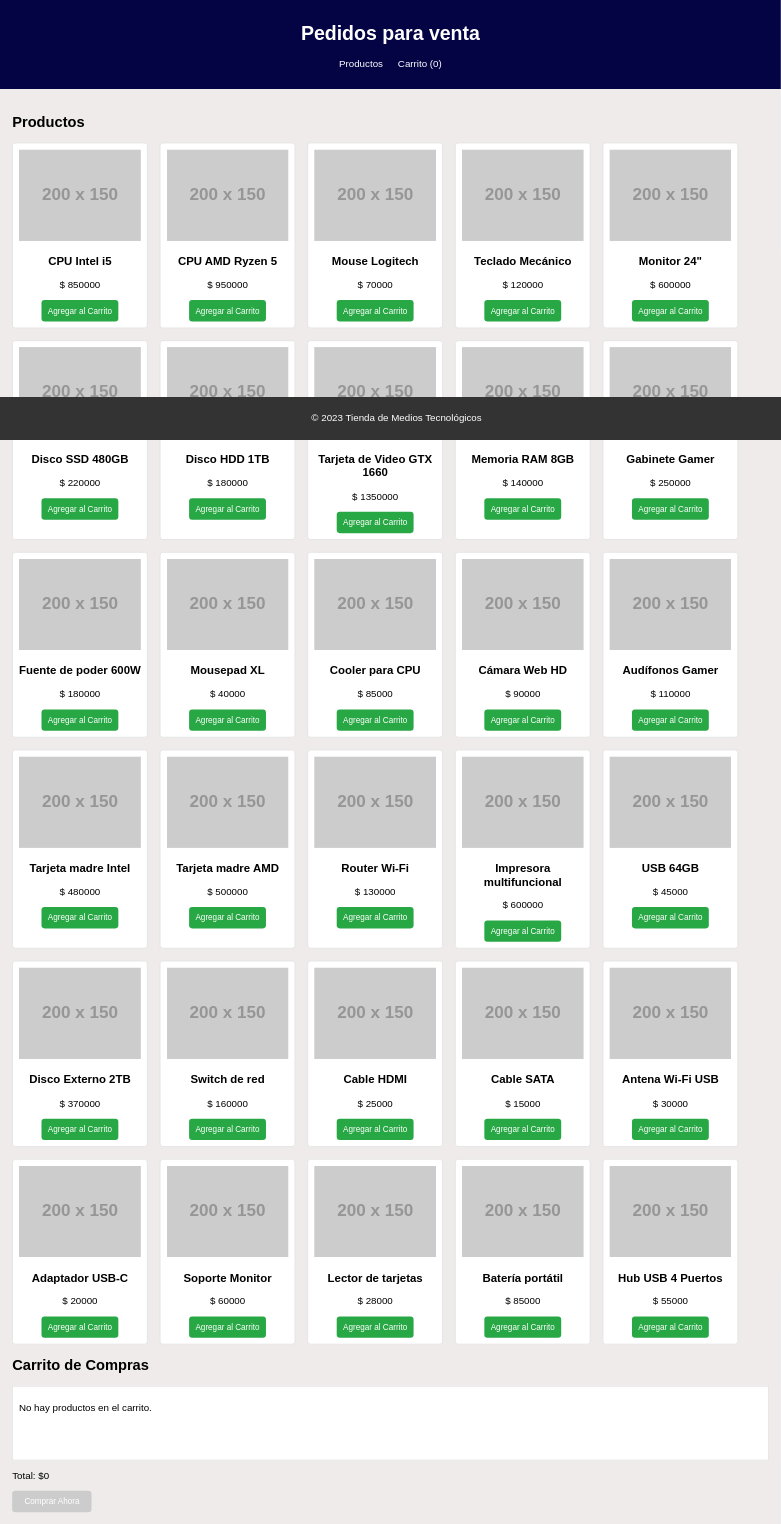
Repository: ye909/RAVPIP
Page: src/templei/ventasPortatil.html
These files come from the project's save history. The page is drawn as it stood at one moment and after the next save; the edit follows.
The browser window is 1280 px wide. The pictures show the whole page, at 61% of full size.

Above is the page before, as saved 2025-04-10 07:40:59.
Console error: ReferenceError: updateCart is not defined

### src/templei/ventasPortatil.html


<!DOCTYPE html>
<html lang="es">
<head>
    <meta charset="UTF-8">
    <meta name="viewport" content="width=device-width, initial-scale=1.0">
    <title>Tienda de Medios Tecnológicos</title>
    <link rel="stylesheet" href="../css/ventas.css">
</head>
<body>
  <header>
    <h1>Pedidos para venta </h1>
    <nav>
      <ul>
        <li><a href="#productos">Productos</a></li>
        <li><a href="#carrito">Carrito (<span id="cart-count">0</span>)</a></li>
      </ul>
    </nav>
  </header>

  <main class="containerCarrito">
    <section id="productos">
      <h2>Productos</h2>
      <div class="product-list" id="product-list">

      </div>
    </section>

    <section id="carrito">
      <h2>Carrito de Compras</h2>
      <div id="cart-items">
        <p>No hay productos en el carrito.</p>
      </div>
      <p>Total: $<span id="cart-total">0</span></p>
      <button id="checkout-btn" disabled>Comprar Ahora</button>
    </section>
  </main>

  <footer>
    <p>&copy; 2023 Tienda de Medios Tecnológicos</p>
  </footer>


    <script src="../js/ventas.js"></script>

</body>
</html>

### src/css/ventas.css




body {
    font-family: Arial, sans-serif;
    margin: 0;
    padding: 0;
    background-color: #f4f4f9;
  }

  header {
    background-color: #040445;
    color: #fff;
    padding: 1rem;
    text-align: center;
  }

  header nav ul {
    list-style: none;
    padding: 0;
  }

  header nav ul li {
    display: inline;
    margin: 0 10px;
  }

  header nav ul li a {
    color: #fff;
    text-decoration: none;
  }

  main {
    padding: 20px;
    background: #efebeb;
  }

  .product-list {
    display: flex;
    flex-wrap: wrap;
    gap: 20px;
  }

  .product {
    background-color: #fff;
    border: 1px solid #ddd;
    border-radius: 5px;
    padding: 10px;
    width: 200px;
    text-align: center;
  }

  .product img {
    max-width: 100%;
    height: auto;
  }

  .add-to-cart {
    background-color: #28a745;
    color: #fff;
    border: none;
    padding: 10px;
    cursor: pointer;
    border-radius: 5px;
  }

  .add-to-cart:hover {
    background-color: #218838;
  }

  #carrito {
    margin-top: 20px;
  }

  #cart-items {
    min-height: 100px;
    border: 1px solid #ddd;
    padding: 10px;
    background-color: #fff;
  }

  #checkout-btn {
    background-color: #007bff;
    color: #fff;
    border: none;
    padding: 10px 20px;
    cursor: pointer;
    border-radius: 5px;
  }

  #checkout-btn:disabled {
    background-color: #ccc;
  }

  footer {
    text-align: center;
    padding: 10px;
    background-color: #333;
    color: #fff;
    position: fixed;
    bottom: 0;
    width: 100%;
  }

### src/js/ventas.js


fetch("../js/datos.json")
  .then(response => response.json())
  .then(data =>{

  data.forEach((item)=>{
    const productlist = document.getElementById("product-list")
    const sudcontainer=document.createElement("div")
    sudcontainer.setAttribute("data-id", item.id); // Suponiendo que el JSON tiene un campo "id"
    sudcontainer.setAttribute("data-name", item.name);
    sudcontainer.setAttribute("data-price", item.price);


    sudcontainer.classList.add("product")
    sudcontainer.innerHTML=`
    <img src="${item.image}" alt="Smartphone X">
   <h3>${item.name} </h3>
   <p>$ ${item.price}</p>
   <button class="add-to-cart">Agregar al Carrito</button>
    `
   productlist.appendChild(sudcontainer)
    console.log(productlist)

  })





  const cart = [];
  let cartTotal = 0;

// Función para actualizar el carrito
 function updateCart() {
   const cartItemsDiv = document.getElementById('cart-items');
   const cartCountSpan = document.getElementById('cart-count');
   const cartTotalSpan = document.getElementById('cart-total');
   const checkoutBtn = document.getElementById('checkout-btn');

  // Limpiar el contenido actual del carrito
   cartItemsDiv.innerHTML = '';

   if (cart.length === 0) {
     cartItemsDiv.innerHTML = '<p>No hay productos en el carrito.</p>';
     checkoutBtn.disabled = true;
   } else {
     cart.forEach(item => {
       const itemDiv = document.createElement('div');
       itemDiv.textContent = `${item.name} - $${item.price}`;
       cartItemsDiv.appendChild(itemDiv);
     });
     checkoutBtn.disabled = false;
   }

   // Actualizar el contador y el total
   cartCountSpan.textContent = cart.length;
   cartTotalSpan.textContent = cartTotal.toFixed(2);
 }

 // Agregar productos al carrito
 document.querySelectorAll('.add-to-cart').forEach(button => {
   button.addEventListener('click', () => {
     const productDiv = button.parentElement;
     const productId = productDiv.dataset.id;
     const productName = productDiv.dataset.name;
     const productPrice = parseFloat(productDiv.dataset.price);

//     // Verificar si el producto ya está en el carrito
     const existingItem = cart.find(item => item.id === productId);
     if (existingItem) {
       existingItem.quantity += 1;
     } else {
       cart.push({ id: productId, name: productName, price: productPrice, quantity: 1 });
     }

     // Actualizar el total
     cartTotal += productPrice;

     // Actualizar la vista del carrito
     updateCart();
   });
 });
} )
 // Inicializar el carrito
 updateCart();


 const containerCarrito = document.querySelectorAll(".containerCarrito").addEventListener("click",verCarrito)
 function verCarrito() {
  alert("a")
 }

### src/js/datos.json

[
  { "id": 1,
  "name": "CPU Intel i5",
   "price": 850000,
   "image": "https://via.placeholder.com/200x150?text=CPU+Intel+i5" },
  { "id": 2, "name": "CPU AMD Ryzen 5", "price": 950000, "image": "https://via.placeholder.com/200x150?text=Ryzen+5" },
  { "id": 3, "name": "Mouse Logitech", "price": 70000, "image": "https://via.placeholder.com/200x150?text=Mouse" },
  { "id": 4, "name": "Teclado Mecánico", "price": 120000, "image": "https://via.placeholder.com/200x150?text=Teclado" },
  { "id": 5, "name": "Monitor 24\"", "price": 600000, "image": "https://via.placeholder.com/200x150?text=Monitor" },
  { "id": 6, "name": "Disco SSD 480GB", "price": 220000, "image": "https://via.placeholder.com/200x150?text=SSD" },
  { "id": 7, "name": "Disco HDD 1TB", "price": 180000, "image": "https://via.placeholder.com/200x150?text=HDD" },
  { "id": 8, "name": "Tarjeta de Video GTX 1660", "price": 1350000, "image": "https://via.placeholder.com/200x150?text=GPU" },
  { "id": 9, "name": "Memoria RAM 8GB", "price": 140000, "image": "https://via.placeholder.com/200x150?text=RAM+8GB" },
  { "id": 10, "name": "Gabinete Gamer", "price": 250000, "image": "https://via.placeholder.com/200x150?text=Gabinete" },
  { "id": 11, "name": "Fuente de poder 600W", "price": 180000, "image": "https://via.placeholder.com/200x150?text=PSU+600W" },
  { "id": 12, "name": "Mousepad XL", "price": 40000, "image": "https://via.placeholder.com/200x150?text=Mousepad" },
  { "id": 13, "name": "Cooler para CPU", "price": 85000, "image": "https://via.placeholder.com/200x150?text=Cooler" },
  { "id": 14, "name": "Cámara Web HD", "price": 90000, "image": "https://via.placeholder.com/200x150?text=Webcam" },
  { "id": 15, "name": "Audífonos Gamer", "price": 110000, "image": "https://via.placeholder.com/200x150?text=Headset" },
  { "id": 16, "name": "Tarjeta madre Intel", "price": 480000, "image": "https://via.placeholder.com/200x150?text=Motherboard" },
  { "id": 17, "name": "Tarjeta madre AMD", "price": 500000, "image": "https://via.placeholder.com/200x150?text=Motherboard+AMD" },
  { "id": 18, "name": "Router Wi-Fi", "price": 130000, "image": "https://via.placeholder.com/200x150?text=Router" },
  { "id": 19, "name": "Impresora multifuncional", "price": 600000, "image": "https://via.placeholder.com/200x150?text=Impresora" },
  { "id": 20, "name": "USB 64GB", "price": 45000, "image": "https://via.placeholder.com/200x150?text=USB+64GB" },
  { "id": 21, "name": "Disco Externo 2TB", "price": 370000, "image": "https://via.placeholder.com/200x150?text=Disco+Externo" },
  { "id": 22, "name": "Switch de red", "price": 160000, "image": "https://via.placeholder.com/200x150?text=Switch" },
  { "id": 23, "name": "Cable HDMI", "price": 25000, "image": "https://via.placeholder.com/200x150?text=HDMI" },
  { "id": 24, "name": "Cable SATA", "price": 15000, "image": "https://via.placeholder.com/200x150?text=SATA" },
  { "id": 25, "name": "Antena Wi-Fi USB", "price": 30000, "image": "https://via.placeholder.com/200x150?text=Antena+WiFi" },
  { "id": 26, "name": "Adaptador USB-C", "price": 20000, "image": "https://via.placeholder.com/200x150?text=USB-C" },
  { "id": 27, "name": "Soporte Monitor", "price": 60000, "image": "https://via.placeholder.com/200x150?text=Soporte" },
  { "id": 28, "name": "Lector de tarjetas", "price": 28000, "image": "https://via.placeholder.com/200x150?text=Lector" },
  { "id": 29, "name": "Batería portátil", "price": 85000, "image": "https://via.placeholder.com/200x150?text=Power+Bank" },
  { "id": 30, "name": "Hub USB 4 Puertos", "price": 55000, "image": "https://via.placeholder.com/200x150?text=USB+Hub" }
]

After the next save:
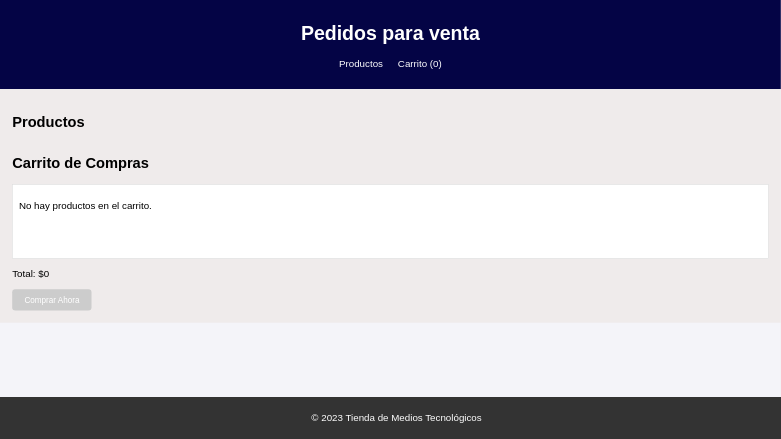
Console error: SyntaxError: Missing initializer in const declaration
Saved 2 min 17 s later.
--- a/src/js/ventas.js
+++ b/src/js/ventas.js
@@ -86,7 +86,9 @@ fetch("../js/datos.json")
  updateCart();
 
 
- const containerCarrito = document.querySelectorAll(".containerCarrito").addEventListener("click",verCarrito)
+ document.getElementById("checkout-btn").addEventListener("click",verCarrito)
+
  function verCarrito() {
+  const containerCarrito
   alert("a")
  }

After the save that followed:
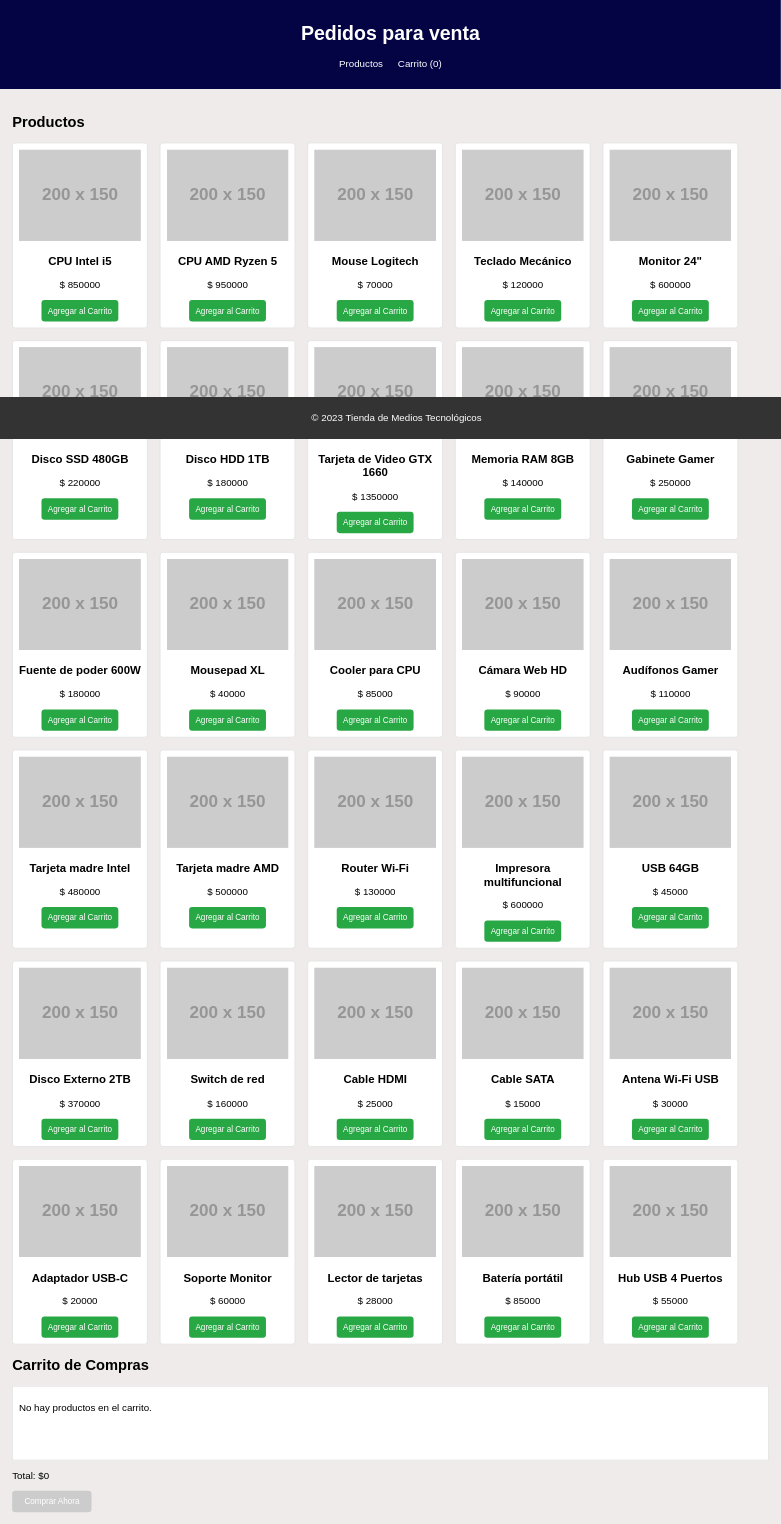
Console error: ReferenceError: updateCart is not defined
Saved 10 s later.
--- a/src/js/ventas.js
+++ b/src/js/ventas.js
@@ -89,6 +89,6 @@ fetch("../js/datos.json")
  document.getElementById("checkout-btn").addEventListener("click",verCarrito)
 
  function verCarrito() {
-  const containerCarrito
+  // const containerCarrito
   alert("a")
  }
